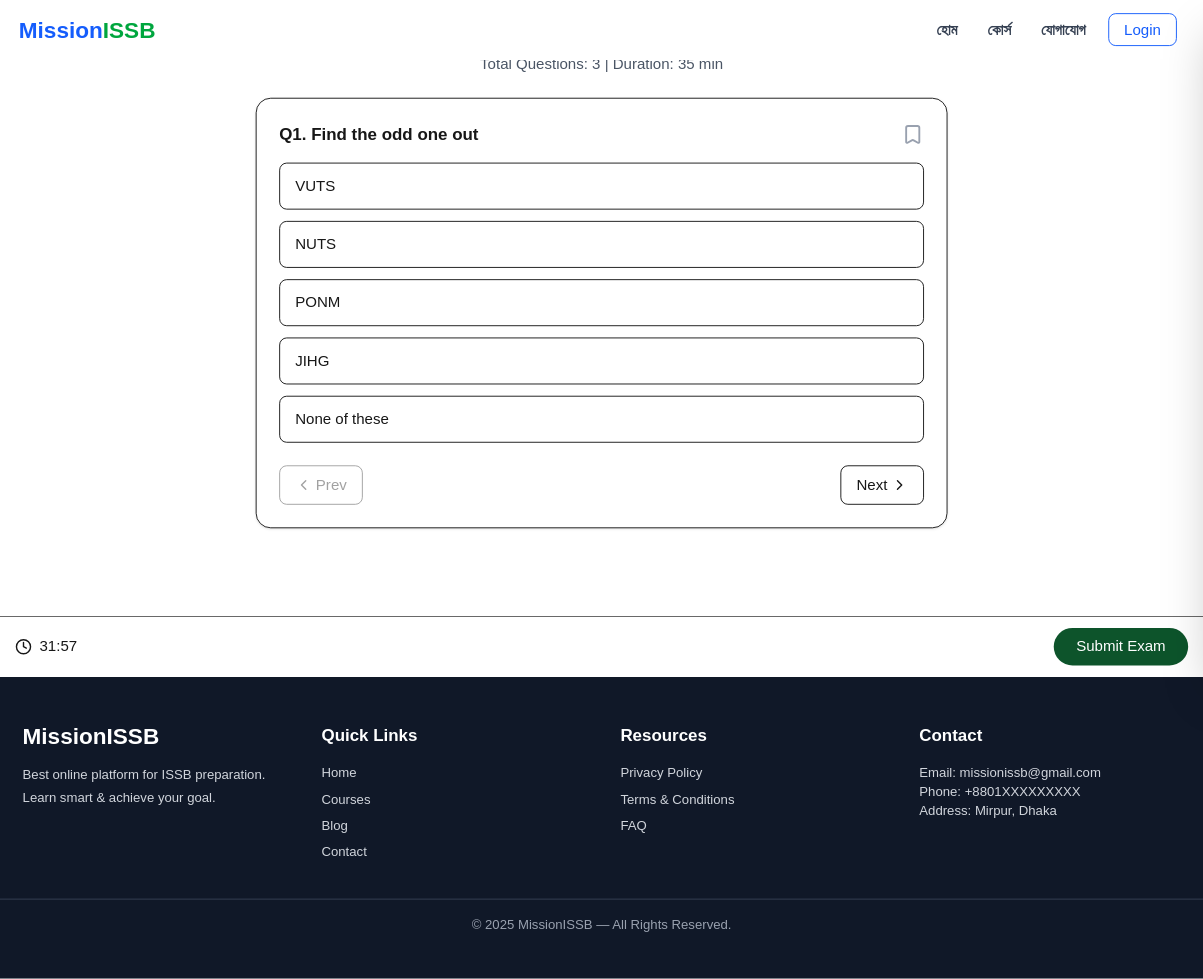
Repository: mdmuhibullahhabib/missionissb
Page: /exam/verbal-model-test-01
The author's editor kept a copy of each file at every save. The page is drawn from the files as they stood at one save, then again after the next save.
The browser window is 1280 px wide. The pictures show the whole page, at 94% of full size.
The page's requests for data from a server got no answer. The project was rebuilt for these pictures with package versions that can differ from the ones it lists, and the page was loaded fresh each time. The framework's server and built-in components were replaced by stand-ins that run in the browser. No one was signed in, and anything a server would have sent is missing. Also part of the build but not shown: next.config.mjs, app/exam/[id]/components/SubmitModal.jsx.

Above is the page before, as saved 2025-12-15 17:22:59.

### app/layout.js
import { Geist, Geist_Mono } from 'next/font/google'
import './globals.css'
import Footer from '@/components/shared/Footer'
import Navbar from '@/components/shared/Navbar'
import NextAuthProvider from './providers/NextAuthProvider'
import LayoutWrapper from '@/components/LayoutWrapper'

const geistSans = Geist({
  variable: '--font-geist-sans',
  subsets: ['latin']
})

const geistMono = Geist_Mono({
  variable: '--font-geist-mono',
  subsets: ['latin']
})

export const metadata = {
  title: 'Mission ISSB',
  description: 'Generated by create next app'
}

export default function RootLayout({ children }) {
  return (
    <html lang='en' suppressHydrationWarning={true}>
      <body
        className={`${geistSans.variable} ${geistMono.variable} antialiased`}
      >
        <NextAuthProvider>

                    <LayoutWrapper>{children}</LayoutWrapper>


          {/* <Navbar />

          {children}

          <Footer /> */}
        </NextAuthProvider>
      </body>
    </html>
  )
}

### app/exam/[id]/page.jsx
"use client";

import { useState } from "react";
import { Clock } from "lucide-react";
import McqCard from "./components/McqCard";
import SubmitModal from "./components/SubmitModal";

/* Fake Questions */
const questions = [
  {
    question: "Find the odd one out",
    options: ["VUTS", "NUTS", "PONM", "JIHG", "None of these"],
  },
  {
    question: "Choose the correct series",
    options: ["2, 6, 12", "3, 9, 27", "5, 10, 20", "7, 14, 28"],
  },
  {
    question: "Which word is different?",
    options: ["Dog", "Cat", "Tiger", "Car"],
  },
];

const ExamPage = () => {
  const [currentQ, setCurrentQ] = useState(0);
  const [answers, setAnswers] = useState({});
  const [showSubmitModal, setShowSubmitModal] = useState(false);

  const handleSelect = (idx) => {
    setAnswers({ ...answers, [currentQ]: idx });
  };

  return (
    <div className="min-h-screen bg-white pb-24">

      {/* Header */}
      <div className="text-center py-6">
        <h1 className="text-2xl font-bold">Verbal Model Test 01</h1>
        <p className="text-gray-600">
          Total Questions: {questions.length} | Duration: 35 min
        </p>
      </div>

      {/* Question Card */}
      <McqCard
        question={questions[currentQ].question}
        options={questions[currentQ].options}
        currentQ={currentQ}
        totalQuestions={questions.length}
        selectedAnswer={answers[currentQ]}
        onSelect={handleSelect}
        onPrev={() => setCurrentQ((q) => q - 1)}
        onNext={() => setCurrentQ((q) => q + 1)}
      />

      {/* Footer */}
      <div className="fixed bottom-0 left-0 w-full bg-white border-t px-4 py-3 flex justify-between">
        <div className="flex items-center gap-2 font-medium">
          <Clock size={18} /> 31:57
        </div>

        <button
          onClick={() => setShowSubmitModal(true)}
          className="bg-green-900 text-white px-6 py-2 rounded-full"
        >
          Submit Exam
        </button>
      </div>

      {/* Submit Modal */}
      <SubmitModal
        open={showSubmitModal}
        onClose={() => setShowSubmitModal(false)}
        onSubmit={() => {
          setShowSubmitModal(false);
          alert("Exam Submitted!");
        }}
      />
    </div>
  );
};

export default ExamPage;

### components/shared/Footer.jsx
"use client";
import Link from "next/link";

export default function Footer() {
  return (
    <footer className="bg-gray-900 text-gray-300 py-12">
      <div className="max-w-7xl mx-auto grid grid-cols-1 md:grid-cols-4 gap-10 px-6">

        {/* Column 1 */}
        <div>
          <h2 className="text-2xl font-bold text-white">MissionISSB</h2>
          <p className="mt-3 text-sm leading-6">
            Best online platform for ISSB preparation.
            Learn smart & achieve your goal.
          </p>
        </div>

        {/* Column 2 */}
        <div>
          <h3 className="text-lg font-semibold text-white mb-4">Quick Links</h3>
          <ul className="space-y-2 text-sm">
            <li><Link href="/" className="hover:text-white">Home</Link></li>
            <li><Link href="/courses" className="hover:text-white">Courses</Link></li>
            <li><Link href="/blog" className="hover:text-white">Blog</Link></li>
            <li><Link href="/contact" className="hover:text-white">Contact</Link></li>
          </ul>
        </div>

        {/* Column 3 */}
        <div>
          <h3 className="text-lg font-semibold text-white mb-4">Resources</h3>
          <ul className="space-y-2 text-sm">
            <li><Link href="/privacy" className="hover:text-white">Privacy Policy</Link></li>
            <li><Link href="/terms" className="hover:text-white">Terms & Conditions</Link></li>
            <li><Link href="/faq" className="hover:text-white">FAQ</Link></li>
          </ul>
        </div>

        {/* Column 4 */}
        <div>
          <h3 className="text-lg font-semibold text-white mb-4">Contact</h3>
          <p className="text-sm">Email: missionissb@gmail.com</p>
          <p className="text-sm">Phone: +8801XXXXXXXXX</p>
          <p className="text-sm">Address: Mirpur, Dhaka</p>
        </div>
      </div>

      <div className="mt-10 border-t border-gray-700 pt-4 text-center text-gray-400 text-sm">
        © {new Date().getFullYear()} MissionISSB — All Rights Reserved.
      </div>
    </footer>
  );
}

### app/providers/NextAuthProvider.jsx
"use client"
import { SessionProvider } from 'next-auth/react'
import React from 'react'

const NextAuthProvider = ({ children }) => {
    return <SessionProvider>{children}</SessionProvider>
}

export default NextAuthProvider;

### components/LayoutWrapper.jsx
"use client";

import { usePathname } from "next/navigation";
import Navbar from "./shared/Navbar";
import Footer from "./shared/Footer";

export default function LayoutWrapper({ children }) {
  const pathname = usePathname();
  const isAdmin = pathname.startsWith("/admin");
  const isAuth = pathname.startsWith("/auth");

  return (
    <>
      {!isAdmin && !isAuth && <Navbar />}

      <main>{children}</main>

      {!isAdmin && !isAuth && <Footer />}
    </>
  );
}

### app/exam/[id]/components/McqCard.jsx
"use client";

import { Bookmark, ChevronLeft, ChevronRight } from "lucide-react";

const McqCard = ({
  question,
  options,
  currentQ,
  totalQuestions,
  selectedAnswer,
  onSelect,
  onPrev,
  onNext,
}) => {
  return (
    <div className="max-w-3xl mx-auto px-4">
      <div className="border rounded-2xl p-6 shadow-sm">

        {/* Question Header */}
        <div className="flex justify-between items-center mb-4">
          <h2 className="font-semibold text-lg">
            Q{currentQ + 1}. {question}
          </h2>
          <Bookmark className="text-gray-400 cursor-pointer" />
        </div>

        {/* Options */}
        <div className="space-y-3">
          {options.map((opt, idx) => (
            <button
              key={idx}
              onClick={() => onSelect(idx)}
              className={`w-full text-left px-4 py-3 border rounded-lg transition
                ${
                  selectedAnswer === idx
                    ? "bg-green-100 border-green-500"
                    : "hover:bg-gray-50"
                }`}
            >
              {opt}
            </button>
          ))}
        </div>

        {/* Navigation */}
        <div className="flex justify-between mt-6">
          <button
            onClick={onPrev}
            disabled={currentQ === 0}
            className="flex items-center gap-1 px-4 py-2 border rounded-lg disabled:opacity-40"
          >
            <ChevronLeft size={18} /> Prev
          </button>

          <button
            onClick={onNext}
            disabled={currentQ === totalQuestions - 1}
            className="flex items-center gap-1 px-4 py-2 border rounded-lg disabled:opacity-40"
          >
            Next <ChevronRight size={18} />
          </button>
        </div>
      </div>
    </div>
  );
};

export default McqCard;

### components/user/UserDrawerMenu.jsx
"use client";

import { FiX, FiUser, FiShoppingBag, FiSettings, FiGrid, FiLogOut } from "react-icons/fi";
import { motion, AnimatePresence } from "framer-motion";
import Image from "next/image";
import { useRouter } from "next/navigation";
import { signOut, useSession } from "next-auth/react";
import Link from "next/link";

export default function DrawerMenu({ isOpen, onClose, user = {} }) {
  const router = useRouter();
  const { data: session, status } = useSession();
  console.log(session)

  const handleNavigate = (path) => {
    onClose();
    router.push(path);
  };

  const handleLogout = async () => {
    // You can replace with your logout logic
    console.log("User logged out");
    onClose();
    await signOut();
  };

  const isAdmin = user?.role === "admin";

  return (
    <>
      {/* Overlay */}
      <AnimatePresence>
        {isOpen && (
          <motion.div
            initial={{ opacity: 0 }}
            animate={{ opacity: 1 }}
            exit={{ opacity: 0 }}
            onClick={onClose}
            className="fixed inset-0 bg-black/30 backdrop-blur-sm z-40 cursor-pointer"
          />
        )}
      </AnimatePresence>

      {/* Drawer */}
      <motion.div
        initial={{ x: "100%" }}
        animate={{ x: isOpen ? 0 : "100%" }}
        exit={{ x: "100%" }}
        transition={{ type: "spring", stiffness: 100, damping: 20 }}
        className="fixed top-0 right-0 h-full w-80 sm:w-96 bg-white shadow-2xl z-50 flex flex-col"
      >
        {/* Header */}
        <div className="flex justify-between items-center p-4 border-b">
          <div className="flex items-center gap-3">
            <Image
              src={user?.photo || "https://i.ibb.co/5j9n3yH/default-avatar.png"}
              width={40}
              height={40}
              alt="User avatar"
              className="rounded-full object-cover"
            />
            <div>
              <p className="font-semibold text-gray-800">
                {user?.name || "Guest User"}
              </p>
              <p className="text-xs text-gray-500">
                {isAdmin ? "Administrator" : "Regular User"}
              </p>
            </div>
          </div>
          <button onClick={onClose} className="text-gray-600 hover:text-red-500">
            <FiX className="h-6 w-6" />
          </button>
        </div>

        {/* Menu Items */}
        <div className="flex-1 overflow-y-auto p-5 space-y-4 text-gray-700">
          <button
            onClick={() => handleNavigate("/profile")}
            className="flex items-center gap-3 w-full p-3 rounded-xl hover:bg-gray-100 transition"
          >
            <FiUser className="text-red-500" />
            <span>My Profile</span>
          </button>

          <Link
            href={"/mycourse"}
            // onClick={() => handleNavigate("/mycourse")}
            className="flex items-center gap-3 w-full p-3 rounded-xl hover:bg-gray-100 transition"
          >
            <FiShoppingBag className="text-red-500" />
            <span>My Courses</span>
          </Link>

          <Link
            href={"/admin/dashboard"}
            // onClick={() => handleNavigate("/mycourse")}
            className="flex items-center gap-3 w-full p-3 rounded-xl hover:bg-gray-100 transition"
          >
            <FiShoppingBag className="text-red-500" />
            <span>Admin Dashboard</span>
          </Link>

          {isAdmin && (
            <button
              onClick={() => handleNavigate("/admin/dashboard")}
              className="flex items-center gap-3 w-full p-3 rounded-xl hover:bg-gray-100 transition"
            >
              <FiGrid className="text-red-500" />
              <span>Admin Dashboard</span>
            </button>
          )}
        </div>

        {/* Footer */}
        <div className="border-t p-4">
          <button
            onClick={handleLogout}
            className="flex items-center justify-center gap-2 w-full py-2 bg-red-600 text-white font-medium rounded-xl hover:bg-red-700 transition"
          >
            <FiLogOut />
            Logout
          </button>
        </div>
      </motion.div>
    </>
  );
}

Loaded but not shown: app/globals.css (common file); components/shared/Navbar.jsx (146 lines, source omitted)

After the next save:
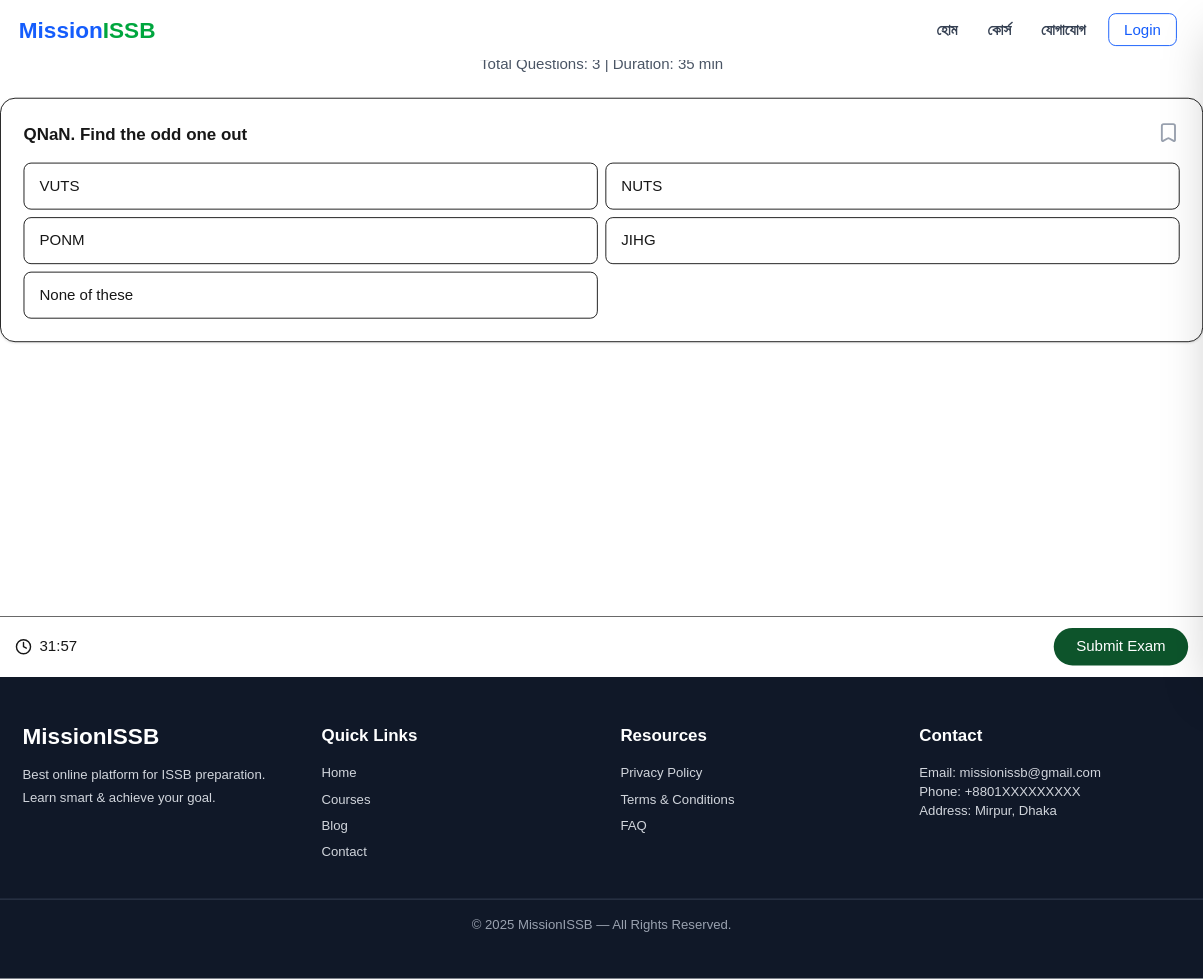
Saved 8 s later.
--- a/app/exam/[id]/components/McqCard.jsx
+++ b/app/exam/[id]/components/McqCard.jsx
@@ -1,65 +1,41 @@
 "use client";
 
-import { Bookmark, ChevronLeft, ChevronRight } from "lucide-react";
+import { Bookmark } from "lucide-react";
 
 const McqCard = ({
+  index,
   question,
   options,
-  currentQ,
-  totalQuestions,
   selectedAnswer,
   onSelect,
-  onPrev,
-  onNext,
 }) => {
   return (
-    <div className="max-w-3xl mx-auto px-4">
-      <div className="border rounded-2xl p-6 shadow-sm">
+    <div className="border rounded-2xl p-6 shadow-sm mb-6">
 
-        {/* Question Header */}
-        <div className="flex justify-between items-center mb-4">
-          <h2 className="font-semibold text-lg">
-            Q{currentQ + 1}. {question}
-          </h2>
-          <Bookmark className="text-gray-400 cursor-pointer" />
-        </div>
+      {/* Question */}
+      <div className="flex justify-between items-start mb-4">
+        <h2 className="font-semibold text-lg">
+          Q{index + 1}. {question}
+        </h2>
+        <Bookmark className="text-gray-400 cursor-pointer" />
+      </div>
 
-        {/* Options */}
-        <div className="space-y-3">
-          {options.map((opt, idx) => (
-            <button
-              key={idx}
-              onClick={() => onSelect(idx)}
-              className={`w-full text-left px-4 py-3 border rounded-lg transition
-                ${
-                  selectedAnswer === idx
-                    ? "bg-green-100 border-green-500"
-                    : "hover:bg-gray-50"
-                }`}
-            >
-              {opt}
-            </button>
-          ))}
-        </div>
-
-        {/* Navigation */}
-        <div className="flex justify-between mt-6">
+      {/* Options */}
+      <div className="space-3 gap-2 grid md:grid-cols-2">
+        {options.map((opt, idx) => (
           <button
-            onClick={onPrev}
-            disabled={currentQ === 0}
-            className="flex items-center gap-1 px-4 py-2 border rounded-lg disabled:opacity-40"
+            key={idx}
+            onClick={() => onSelect(idx)}
+            className={`w-full text-left px-4 py-3 border rounded-lg transition
+              ${
+                selectedAnswer === idx
+                  ? "bg-green-100 border-green-600"
+                  : "hover:bg-gray-50"
+              }`}
           >
-            <ChevronLeft size={18} /> Prev
+            {opt}
           </button>
-
-          <button
-            onClick={onNext}
-            disabled={currentQ === totalQuestions - 1}
-            className="flex items-center gap-1 px-4 py-2 border rounded-lg disabled:opacity-40"
-          >
-            Next <ChevronRight size={18} />
-          </button>
-        </div>
+        ))}
       </div>
     </div>
   );

After the save that followed:
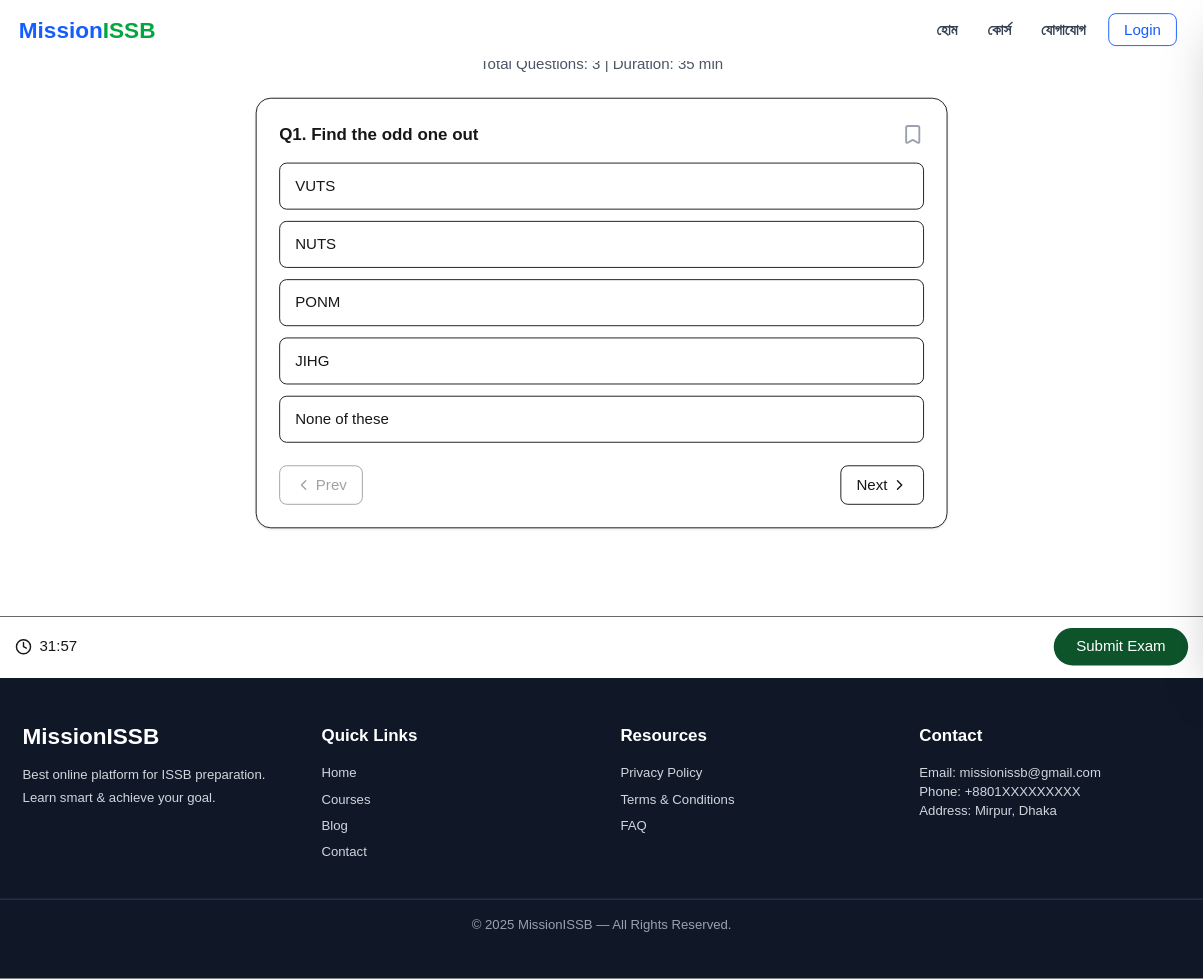
Saved 14 s later.
--- a/app/exam/[id]/components/McqCard.jsx
+++ b/app/exam/[id]/components/McqCard.jsx
@@ -1,41 +1,65 @@
 "use client";
 
-import { Bookmark } from "lucide-react";
+import { Bookmark, ChevronLeft, ChevronRight } from "lucide-react";
 
 const McqCard = ({
-  index,
   question,
   options,
+  currentQ,
+  totalQuestions,
   selectedAnswer,
   onSelect,
+  onPrev,
+  onNext,
 }) => {
   return (
-    <div className="border rounded-2xl p-6 shadow-sm mb-6">
+    <div className="max-w-3xl mx-auto px-4">
+      <div className="border rounded-2xl p-6 shadow-sm">
 
-      {/* Question */}
-      <div className="flex justify-between items-start mb-4">
-        <h2 className="font-semibold text-lg">
-          Q{index + 1}. {question}
-        </h2>
-        <Bookmark className="text-gray-400 cursor-pointer" />
-      </div>
+        {/* Question Header */}
+        <div className="flex justify-between items-center mb-4">
+          <h2 className="font-semibold text-lg">
+            Q{currentQ + 1}. {question}
+          </h2>
+          <Bookmark className="text-gray-400 cursor-pointer" />
+        </div>
 
-      {/* Options */}
-      <div className="space-3 gap-2 grid md:grid-cols-2">
-        {options.map((opt, idx) => (
+        {/* Options */}
+        <div className="space-y-3">
+          {options.map((opt, idx) => (
+            <button
+              key={idx}
+              onClick={() => onSelect(idx)}
+              className={`w-full text-left px-4 py-3 border rounded-lg transition
+                ${
+                  selectedAnswer === idx
+                    ? "bg-green-100 border-green-500"
+                    : "hover:bg-gray-50"
+                }`}
+            >
+              {opt}
+            </button>
+          ))}
+        </div>
+
+        {/* Navigation */}
+        <div className="flex justify-between mt-6">
           <button
-            key={idx}
-            onClick={() => onSelect(idx)}
-            className={`w-full text-left px-4 py-3 border rounded-lg transition
-              ${
-                selectedAnswer === idx
-                  ? "bg-green-100 border-green-600"
-                  : "hover:bg-gray-50"
-              }`}
+            onClick={onPrev}
+            disabled={currentQ === 0}
+            className="flex items-center gap-1 px-4 py-2 border rounded-lg disabled:opacity-40"
           >
-            {opt}
+            <ChevronLeft size={18} /> Prev
           </button>
-        ))}
+
+          <button
+            onClick={onNext}
+            disabled={currentQ === totalQuestions - 1}
+            className="flex items-center gap-1 px-4 py-2 border rounded-lg disabled:opacity-40"
+          >
+            Next <ChevronRight size={18} />
+          </button>
+        </div>
       </div>
     </div>
   );
